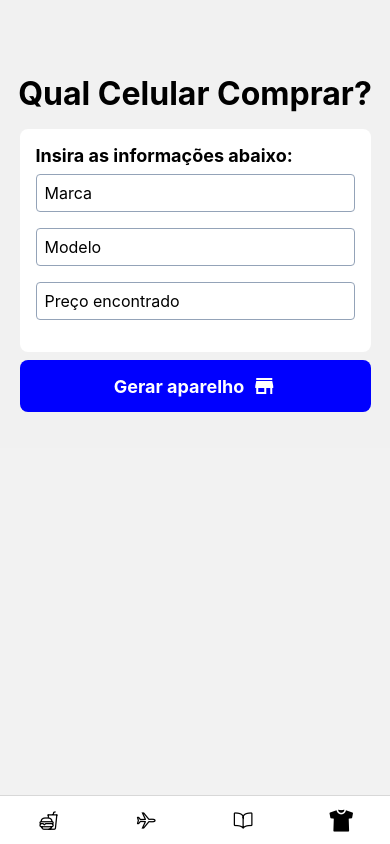
Repository: Matheus904-12/routes
Screen: /Roupas (app in roteamento/)
An editor plug-in stored every save of this project. The screen is shown before and after the next save, followed by the edit.
The app was drawn by React Native's web renderer in a window 390 px wide. The project was rebuilt for these pictures with package versions that can differ from the ones it lists, and the page was loaded fresh each time. Also part of the build but not shown: roteamento/pages/viagem.js, roteamento/pages/filmes.js.

Above is the screen before, as saved 2024-05-01 18:01:26.

### roteamento/App.tsx
import React from 'react';
import { NavigationContainer } from '@react-navigation/native';
import { Routes } from './routes';

export default function App() {
  return (
    <NavigationContainer>
      <Routes />
    </NavigationContainer>
  );
}

### roteamento/routes.js
import { createBottomTabNavigator } from "@react-navigation/bottom-tabs";
import { Viagem } from './pages/viagem';
import { Livros } from './pages/filmes';
import { Roupas } from './pages/roupas';
import { Receita } from './pages/receita';
import { Ionicons } from '@expo/vector-icons/'

const Tab = createBottomTabNavigator();

export function Routes() {
    return (
        <Tab.Navigator>
            <Tab.Screen
                name="Receita"
                component={Receita}
                options={{
                    tabBarShowLabel: false,
                    headerShown: false,
                    tabBarIcon: ({ focused }) => {
                        if (focused) {
                            return (<Ionicons size={25} color={"#000"} name="fast-food" />)
                        }
                        return (<Ionicons size={20} color={"#000"} name="fast-food-outline" />)
                    }
                }}
            />
            <Tab.Screen
                name="Viagem"
                component={Viagem}
                options={{
                    tabBarShowLabel: false,
                    headerShown: false,
                    tabBarIcon: ({ focused }) => {
                        if (focused) {
                            return (<Ionicons size={25} color={"#000"} name="airplane" />)
                        }
                        return (<Ionicons size={20} color={"#000"} name="airplane-outline" />)
                    }
                }}
            />
            <Tab.Screen
                name="Livros"
                component={Livros}
                options={{
                    tabBarShowLabel: false,
                    headerShown: false,
                    tabBarIcon: ({ focused }) => {
                        if (focused) {
                            return (<Ionicons size={25} color={"#000"} name="book" />)
                        }
                        return (<Ionicons size={20} color={"#000"} name="book-outline" />)
                    }
                }}
            />
            <Tab.Screen
                name="Roupas"
                component={Roupas}
                options={{
                    tabBarShowLabel: false,
                    headerShown: false,
                    tabBarIcon: ({ focused }) => {
                        if (focused) {
                            return (<Ionicons size={25} color={"#000"} name="shirt" />)
                        }
                        return (<Ionicons size={20} color={"#000"} name="phone-outline" />)
                    }
                }}
            />
        </Tab.Navigator>
    )
}

### roteamento/pages/roupas.js
import React, { useState } from 'react';
import { StyleSheet, Text, View, TextInput, TouchableOpacity, Platform, StatusBar, ScrollView, ActivityIndicator, Alert, Keyboard } from 'react-native';
import { MaterialCommunityIcons } from '@expo/vector-icons';

const alturaStatusBar = StatusBar.currentHeight;
const KEY_GPT = 'SUA_CHAVE_DE_API';

export function Roupas() {

  const [load, defLoad] = useState(false);
  const [receita, defReceita] = useState("");

  const [ingr1, defIngr1] = useState("");
  const [ingr2, defIngr2] = useState("");
  const [ingr3, defIngr3] = useState("");
  const [ingr4, defIngr4] = useState("");
  const [ocasiao, defOcasiao] = useState("");

  async function gerarReceita() {
    if (ingr1 === "" || ingr2 === "" || ingr3 === "" || ingr4 === "" || ocasiao === "") {
      Alert.alert("Atenção", "Informe todas as informações!", [{ text: "Beleza!" }])
      return;
    }
    defReceita("");
    defLoad(true);
    Keyboard.dismiss();

    const prompt = `Sugira celulares, dicas personalizadas de sobre o modelo pesquisado com base na ${ocasiao} e preferencias de configuração: ${ingr1} e ${ingr2}, e pesquise lojas onlines e avaliações sobre o que celular entrega. Caso encontre vídeos no youtube, informe o link.`;

    fetch("https://api.openai.com/v1/chat/completions", {
      method: "POST",
      headers: {
        "Content-Type": "application/json",
        Authorization: `Bearer ${KEY_GPT}`
      },
      body: JSON.stringify({
        model: "gpt-3.5-turbo",
        messages: [
          {
            role: 'user',
            content: prompt
          }
        ],
        temperature: 0.20,
        max_tokens: 500,
        top_p: 1,
      })
    })
      .then(response => response.json())
      .then((data) => {
        console.log(data.choices[0].message.content);
        defReceita(data.choices[0].message.content)
      })
      .catch((error) => {
        console.log(error);
      })
      .finally(() => {
        defLoad(false);
      })
  }

  return (
    <ScrollView>
         <View style={ESTILOS.container}>
      <StatusBar barStyle="dark-content" translucent={true} backgroundColor="#F1F1F1" />
      <Text style={ESTILOS.header}>Qual Celular Comprar?</Text>
      <View style={ESTILOS.form}>
        <Text style={ESTILOS.label}>Insira as informações abaixo:</Text>
        <TextInput
          placeholder="Marca"
          style={ESTILOS.input}
          value={ingr1}
          onChangeText={(texto) => defIngr1(texto)}
        />
        <TextInput
          placeholder="Modelo"
          style={ESTILOS.input}
          value={ingr2}
          onChangeText={(texto) => defIngr2(texto)}
        />
        <TextInput
          placeholder="Preço encontrado"
          style={ESTILOS.input}
          value={ocasiao}
          onChangeText={(texto) => defOcasiao(texto)}
        />
      </View>

      <TouchableOpacity style={ESTILOS.button} onPress={gerarReceita}>
        <Text style={ESTILOS.buttonText}>Gerar aparelho</Text>
        <MaterialCommunityIcons name="store" size={24} color="#FFF" />
      </TouchableOpacity>

      <ScrollView contentContainerStyle={{ paddingBottom: 24, marginTop: 4, }} style={ESTILOS.containerScroll} showsVerticalScrollIndicator={false} >
        {load && (
          <View style={ESTILOS.content}>
            <Text style={ESTILOS.title}>Procurando Aparelho...</Text>
            <ActivityIndicator color="#000" size="large" />
          </View>
        )}

        {receita && (
          <View style={ESTILOS.content}>
            <Text style={ESTILOS.title}>Modelo ideal aqui 👇</Text>
            <Text style={{ lineHeight: 24 }}>{receita} </Text>
          </View>
        )}
      </ScrollView>
    </View>
    </ScrollView>
  );
}

const ESTILOS = StyleSheet.create({
  container: {
    flex: 1,
    backgroundColor: '#f1f1f1',
    alignItems: 'center',
    paddingTop: 20,
  },
  header: {
    fontSize: 32,
    fontWeight: 'bold',
    paddingTop: Platform.OS === 'android' ? alturaStatusBar : 54
  },
  form: {
    backgroundColor: '#FFF',
    width: '90%',
    borderRadius: 8,
    padding: 16,
    marginTop: 16,
    marginBottom: 8,
  },
  label: {
    fontWeight: 'bold',
    fontSize: 18,
    marginBottom: 8,
  },
  input: {
    borderWidth: 1,
    borderRadius: 4,
    borderColor: '#94a3b8',
    padding: 8,
    fontSize: 16,
    marginBottom: 16,
  },
  button: {
    backgroundColor: 'blue',
    width: '90%',
    borderRadius: 8,
    flexDirection: 'row',
    padding: 14,
    justifyContent: 'center',
    alignItems: 'center',
    gap: 8,
  },
  buttonText: {
    fontSize: 18,
    color: '#FFF',
    fontWeight: 'bold'
  },
  content: {
    backgroundColor: '#FFF',
    padding: 16,
    width: '100%',
    marginTop: 16,
    borderRadius: 8,
  },
  title: {
    fontSize: 18,
    fontWeight: 'bold',
    textAlign: 'center',
    marginBottom: 14
  },
  containerScroll: {
    width: '90%',
    marginTop: 8,
  }
});

### roteamento/pages/receita.js
import React, { useState } from 'react';
import { StyleSheet, Text, View, TextInput, TouchableOpacity, Platform, StatusBar, ScrollView, ActivityIndicator, Alert, Keyboard } from 'react-native';
import { MaterialCommunityIcons } from '@expo/vector-icons';

const alturaStatusBar = StatusBar.currentHeight;
const KEY_GPT = 'SUA_CHAVE_DE_API';

export function Receita() {

    const [load, defLoad] = useState(false);
    const [receita, defReceita] = useState("");

    const [ingr1, defIngr1] = useState("");
    const [ingr2, defIngr2] = useState("");
    const [ingr3, defIngr3] = useState("");
    const [ingr4, defIngr4] = useState("");
    const [ocasiao, defOcasiao] = useState("");

    async function gerarReceita() {
        if (ingr1 === "" || ingr2 === "" || ingr3 === "" || ingr4 === "" || ocasiao === "") {
            Alert.alert("Atenção", "Informe todos os ingredientes!", [{ text: "Beleza!" }])
            return;
        }
        defReceita("");
        defLoad(true);
        Keyboard.dismiss();

        const prompt = `Sugira uma receita detalhada para o ${ocasiao} usando os ingredientes: ${ingr1}, ${ingr2}, ${ingr3} e ${ingr4} e pesquise a receita no YouTube. Caso encontre, informe o link.`;

        fetch("https://api.openai.com/v1/chat/completions", {
            method: "POST",
            headers: {
                "Content-Type": "application/json",
                Authorization: `Bearer ${KEY_GPT}`
            },
            body: JSON.stringify({
                model: "gpt-3.5-turbo",
                messages: [
                    {
                        role: 'user',
                        content: prompt
                    }
                ],
                temperature: 0.20,
                max_tokens: 500,
                top_p: 1,
            })
        })
            .then(response => response.json())
            .then((data) => {
                console.log(data.choices[0].message.content);
                defReceita(data.choices[0].message.content)
            })
            .catch((error) => {
                console.log(error);
            })
            .finally(() => {
                defLoad(false);
            })
    }

    return (
        <ScrollView>
            <View style={ESTILOS.container}>
                <StatusBar barStyle="dark-content" translucent={true} backgroundColor="#F1F1F1" />
                <Text style={ESTILOS.header}>Receitas Fáceis</Text>
                <View style={ESTILOS.form}>
                    <Text style={ESTILOS.label}>Insira os ingredientes abaixo:</Text>
                    <TextInput
                        placeholder="Ingrediente 1"
                        style={ESTILOS.input}
                        value={ingr1}
                        onChangeText={(texto) => defIngr1(texto)}
                    />
                    <TextInput
                        placeholder="Ingrediente 2"
                        style={ESTILOS.input}
                        value={ingr2}
                        onChangeText={(texto) => defIngr2(texto)}
                    />
                    <TextInput
                        placeholder="Ingrediente 3"
                        style={ESTILOS.input}
                        value={ingr3}
                        onChangeText={(texto) => defIngr3(texto)}
                    />
                    <TextInput
                        placeholder="Ingrediente 4"
                        style={ESTILOS.input}
                        value={ingr4}
                        onChangeText={(texto) => defIngr4(texto)}
                    />
                    <TextInput
                        placeholder="Almoço ou Jantar"
                        style={ESTILOS.input}
                        value={ocasiao}
                        onChangeText={(texto) => defOcasiao(texto)}
                    />
                </View>

                <TouchableOpacity style={ESTILOS.button} onPress={gerarReceita}>
                    <Text style={ESTILOS.buttonText}>Gerar receita</Text>
                    <MaterialCommunityIcons name="food-variant" size={24} color="#FFF" />
                </TouchableOpacity>

                <ScrollView contentContainerStyle={{ paddingBottom: 24, marginTop: 4, }} style={ESTILOS.containerScroll} showsVerticalScrollIndicator={false} >
                    {load && (
                        <View style={ESTILOS.content}>
                            <Text style={ESTILOS.title}>Produzindo receita...</Text>
                            <ActivityIndicator color="#000" size="large" />
                        </View>
                    )}

                    {receita && (
                        <View style={ESTILOS.content}>
                            <Text style={ESTILOS.title}>Sua receita 👇</Text>
                            <Text style={{ lineHeight: 24 }}>{receita} </Text>
                        </View>
                    )}
                </ScrollView>
            </View>
        </ScrollView>
    );
}

const ESTILOS = StyleSheet.create({
    container: {
        flex: 1,
        alignItems: 'center',
        paddingTop: 20,
    },
    header: {
        fontSize: 32,
        fontWeight: 'bold',
        paddingTop: Platform.OS === 'android' ? alturaStatusBar : 54
    },
    form: {
        backgroundColor: '#FFF',
        width: '90%',
        borderRadius: 8,
        padding: 16,
        marginTop: 16,
        marginBottom: 8,
    },
    label: {
        fontWeight: 'bold',
        fontSize: 18,
        marginBottom: 8,
    },
    input: {
        borderWidth: 1,
        borderRadius: 4,
        borderColor: '#94a3b8',
        padding: 8,
        fontSize: 16,
        marginBottom: 16,
    },
    button: {
        backgroundColor: 'blue',
        width: '90%',
        borderRadius: 8,
        flexDirection: 'row',
        padding: 14,
        justifyContent: 'center',
        alignItems: 'center',
        gap: 8,
    },
    buttonText: {
        fontSize: 18,
        color: '#FFF',
        fontWeight: 'bold'
    },
    content: {
        backgroundColor: '#FFF',
        padding: 16,
        width: '100%',
        marginTop: 16,
        borderRadius: 8,
    },
    title: {
        fontSize: 18,
        fontWeight: 'bold',
        textAlign: 'center',
        marginBottom: 14
    },
    containerScroll: {
        width: '90%',
        marginTop: 8,
    }
});

After the next save:
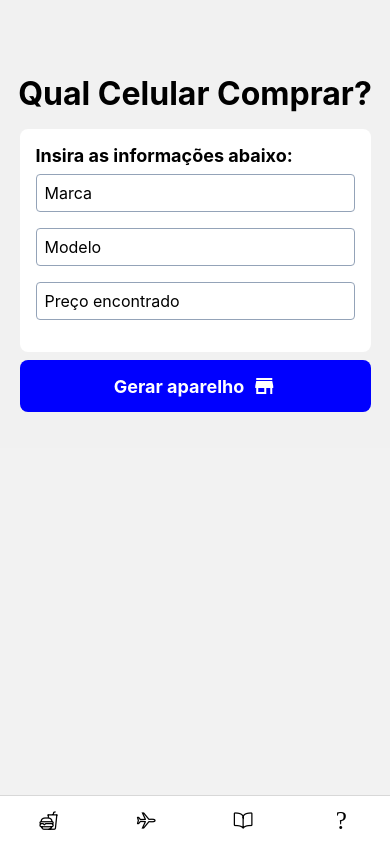
Saved 5 s later.
--- a/roteamento/routes.js
+++ b/roteamento/routes.js
@@ -60,7 +60,7 @@ export function Routes() {
                     headerShown: false,
                     tabBarIcon: ({ focused }) => {
                         if (focused) {
-                            return (<Ionicons size={25} color={"#000"} name="shirt" />)
+                            return (<Ionicons size={25} color={"#000"} name="phone" />)
                         }
                         return (<Ionicons size={20} color={"#000"} name="phone-outline" />)
                     }
